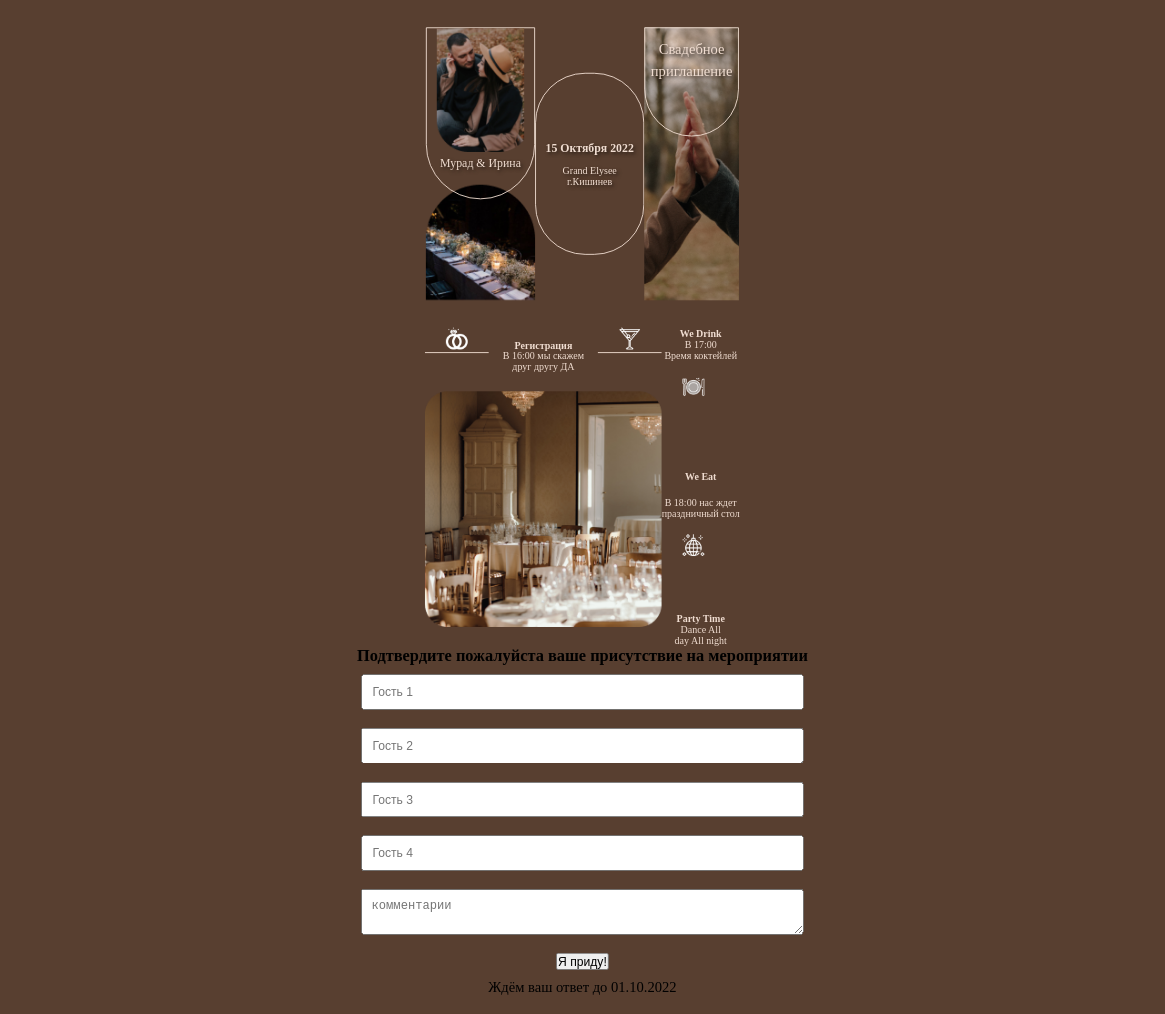
Repository: Anthony8845/wedding_invitation
Page: index.html
These files come from the project's save history. The page is drawn as it stood at one moment and after the next save; the edit follows.
The browser window is 1280 px wide. The pictures show the whole page, at 91% of full size.

Above is the page before, as saved 2022-07-29 19:09:02.

### index.html
<!DOCTYPE html>
<html lang="en">
<head>
    <meta charset="UTF-8">
    <meta http-equiv="X-UA-Compatible" content="IE=edge">
    <meta name="viewport" content="width=device-width, user-scalable=yes">
    <link rel="stylesheet" href="./style.css">
    <!-- <script src="./script.js"></script> -->
    <title>Приглашение на свадьбу</title>
</head>
<body>

    <div class="invitation">
        <div class="info">
            <div class="info_block">
                <div class="info_border">
                    <div class="info_img-u"></div>
                    <div class="info_name">Мурад & Ирина</div>
                </div>
                <div class="info_img-d"></div>
            </div>
            <div class="info__block">
                <div class="block__data">
                    <div class="info_timer"></div>
                    <div class="info_date">
                        <h4>15 Октября 2022</h4>
                        <p>Grand Elysee <br>
                            г.Кишинев</p>
                    </div>
                </div>
            </div>
            <div class="info__block">
                <div class="info_invitation">Свадебное<br>приглашение</div>
                <div class="info_img-r"></div>
            </div>

        </div>
        <div class="timetable">
            <div class="timetable_block">
                <div class="block_icon">
                    <div class="icon_reg icon"></div>
                    <div class="line_icon-d"></div>
                </div>
                <div class="block_reg">
                    <h4>Регистрация</h4>
                    <p>В 16:00 мы скажем <br> друг другу ДА</p>
                </div>
                <div class="block_icon">
                    <div class="icon_drink icon"></div>
                    <div class="line_icon-d"></div>
                </div>

            </div>
            <div class="timetable_block">
                <div class="img_table"></div>
            </div>
            <div class="timetable_block">
                <div class="block_drink">
                    <h4>We Drink</h4>
                    <p>В 17:00<br> Время коктейлей</p>
                </div>
                <div class="block_icon">
                    <div class="icon_eat icon"></div>
                    <div class="line_icon-l"></div>
                </div>

                <div class="block_eat"></div>
                    <h4>We Eat</h4>
                    <p>В 18:00 нас ждет <br> праздничный стол</p>
                    <div class="block_icon">
                        <div class="icon_party icon"></div>
                        <div class="line_icon-l"></div>
                    </div>

                <div class="block_party">
                    <h4>Party Time</h4>
                    <p>Dance All<br> day All night</p>
                </div>
            </div>
        </div>
        <div class="thanks">
            <div></div>
            <div></div>
            <div></div>
        </div>
        <form class="form"  action="mail.php"  method="POST" >
            <h2 class="form__header">Подтвердите пожалуйста ваше присутствие на мероприятии</h2>
            <input class="form__input_item" type="text" name="Guest1" placeholder="Гость 1">
            <input class="form__input_item" type="text" name="Guest2" placeholder="Гость 2">
            <input class="form__input_item" type="text" name="Guest3" placeholder="Гость 3">
            <input class="form__input_item" type="text" name="Guest4" placeholder="Гость 4">
            <textarea class="form__comment" name="Comment" placeholder="комментарии"></textarea>
            <button class="form__btn">Я приду!</button>
        </form>
        <div class="footer">Ждём ваш ответ до 01.10.2022</div>
    </div>
</body>
</html>

### style.css
* {
    box-sizing: border-box;
    margin: 0;
    padding: 0;
}

body{
    /* position: relative; */
    padding: 20px 0;
    background-color: rgb(88, 63, 48);
}



.invitation {
    display: flex;
    flex-direction: column;
    align-items: center;
}
.info {
    color: rgb(240, 221, 209);
    display: flex;
    justify-content: space-between;
    align-items: center;
    text-align: center;
    text-shadow: 2px 2px 4px rgb(44, 32, 24);
    margin: 10px 3% 30px 3%;
}
.info_block {
    width: 120px;
    height: 300px;

}
.info_border {
    width: 120px;
    position: absolute;
    border: 1px solid rgb(240, 221, 209);
    padding-bottom: 30px;
    border-radius: 0 0 60px 60px;

}
.info_img-u {
    width: 103px;
    height: 136px;
    background: url(./img/IMG_2.png) no-repeat;
    margin-left: auto;
    margin-right: auto;
    width: 6em;
    margin-bottom: 5px;


}
.info_name {
    font-size: 13px;
}
.info_img-d {
    margin-top: 173px;
    width: 120px;
    height: 127px;
    background: url(./img/Image.png) no-repeat;
}

.info_img-r {
    width: 104px;
    height: 300px;
    background: url(./img/IMG_104-300.png);
}

.block__data {
    display: table-cell;
    vertical-align: middle;
    width: 120px;
    height: 200px;
    border: 1px solid rgb(240, 221, 209);
    border-radius: 55px;
}


.info_timer {

}

.info_date {
    font-size: 11px;
}
.info_date h4 {
    font-size: 13px;
    padding-bottom: 10px;
}

.info_invitation{
    width: 104px;
    height: 120px;
    position: absolute;
    border: 1px solid rgb(240, 221, 209);
    border-radius: 0 0 60px 60px;
    padding-top: 10px;
    line-height: 25px;
}

.icon {
    width: 24px;
    height: 24px;
}

.block_icon{
    padding: 0 0 0 23px;
    width: 70px;
    height: 70px;
}

.line_icon-d{
    width: 70px;
    position: relative;
    right: 23px;
    padding-top: 3px;
    border-bottom: 1px solid rgb(240, 221, 209);
}
.line_icon-l{

}

.timetable {
    margin: 0 3%;
    font-size: 11px;
    color: rgb(240, 221, 209);
    /* max-width: 390px; */
    height: 350px;
    display: flex;
    flex-direction: column;
    flex-wrap: wrap;

}
.timetable_block {
    text-align: center;
    max-width: 260px;
    display: flex;
    justify-content: space-between;
}

.timetable_block:last-child {
    height: 350px;
    display: flex;
    flex-direction: column;
    justify-content: space-between;
}

.icon_reg {

    background: url(./img/wedding-rings.png) no-repeat ;
    background-size: contain;
}
.block_reg {
   padding-top: 5%;
}
.icon_drink {

    background: url(./img/martini.png) no-repeat;
    background-size: contain;
}
.img_table {
    width: 260px;
    height: 259px;
    background: url(./img/interior.png);
}
.block_drink {
}
.icon_eat {
    background: url(./img/dish.png) no-repeat;
    background-size: contain;
}
.block_eat {
}
.icon_party {
    background: url(./img/mirror-ball.png);
    background-size: contain;
}
.block_party {
}





.form {

    text-align: center;
    margin: 0 10%;

    display: flex;
    flex-direction: column;

}

.form::after {
    content: '';
    position: absolute;
    top: 0;
    left: 0;
    width: 100%;
    height: 100%;
    background: #767676 url(./img/heart.gif) center /50px no-repeat;
    opacity: 0;
    visibility: hidden;
}

.form._sending::after {
    opacity: 0.8;
    visibility: visible;
}


.form__header {
    font-size: 18px;
}

.form__input_item {
    margin: 10px 5px;
    padding: 10px 10px;

}

.form__comment {
    padding: 10px 10px;
    margin: 10px 5px;
    resize: vertical;
    height: 50px;
}

.form__btn {
    margin: 0 auto;
    margin-top: 10px;
    max-width: 70px;
}

.footer {
    margin-top: 10px;
    text-align: center;
}

After the next save:
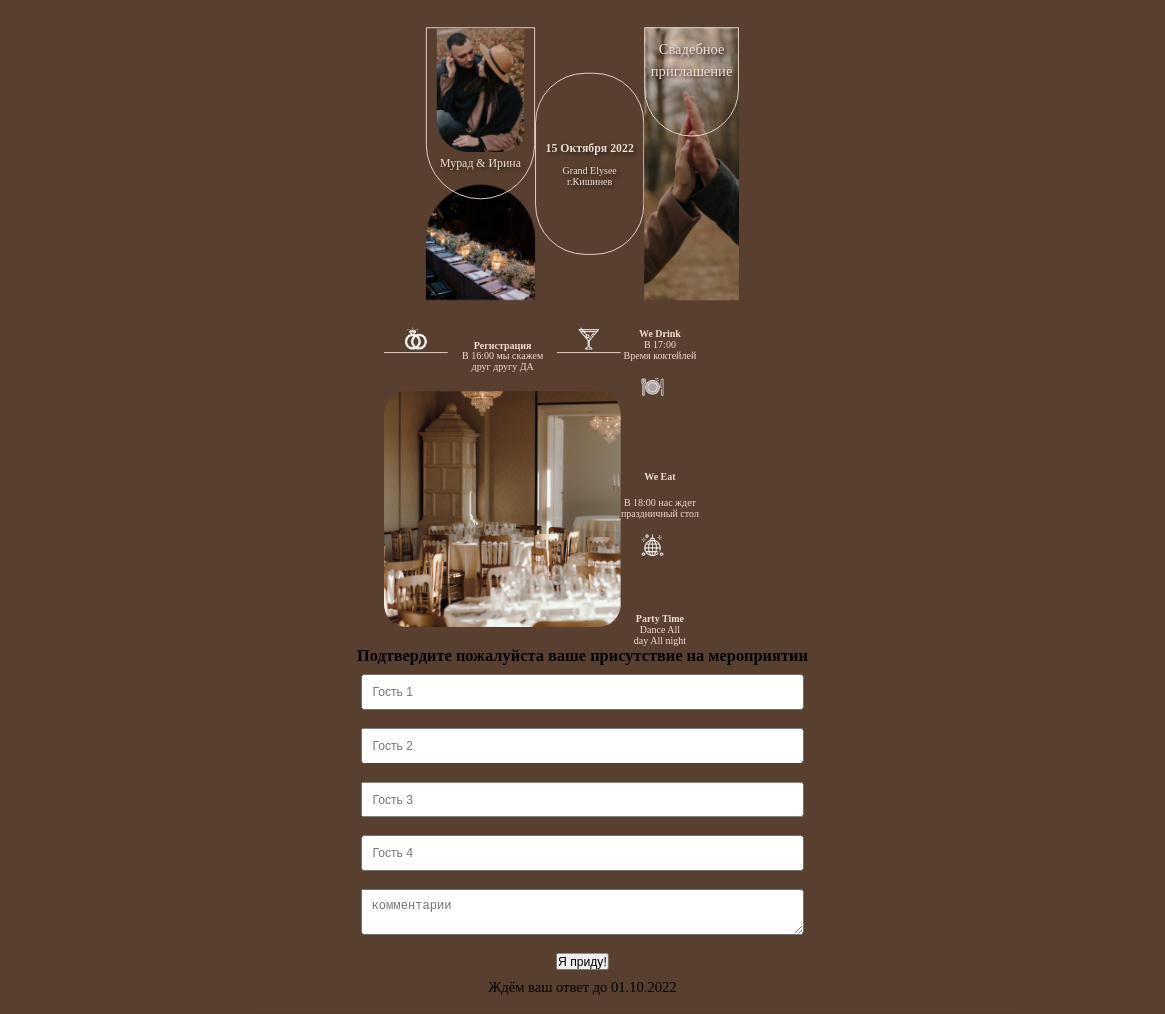
Saved 21 s later.
--- a/style.css
+++ b/style.css
@@ -121,10 +121,10 @@ body{
 }
 
 .timetable {
-    margin: 0 3%;
+    margin: 0 10% 0 3%;
     font-size: 11px;
     color: rgb(240, 221, 209);
-    /* max-width: 390px; */
+    max-width: 390px;
     height: 350px;
     display: flex;
     flex-direction: column;
